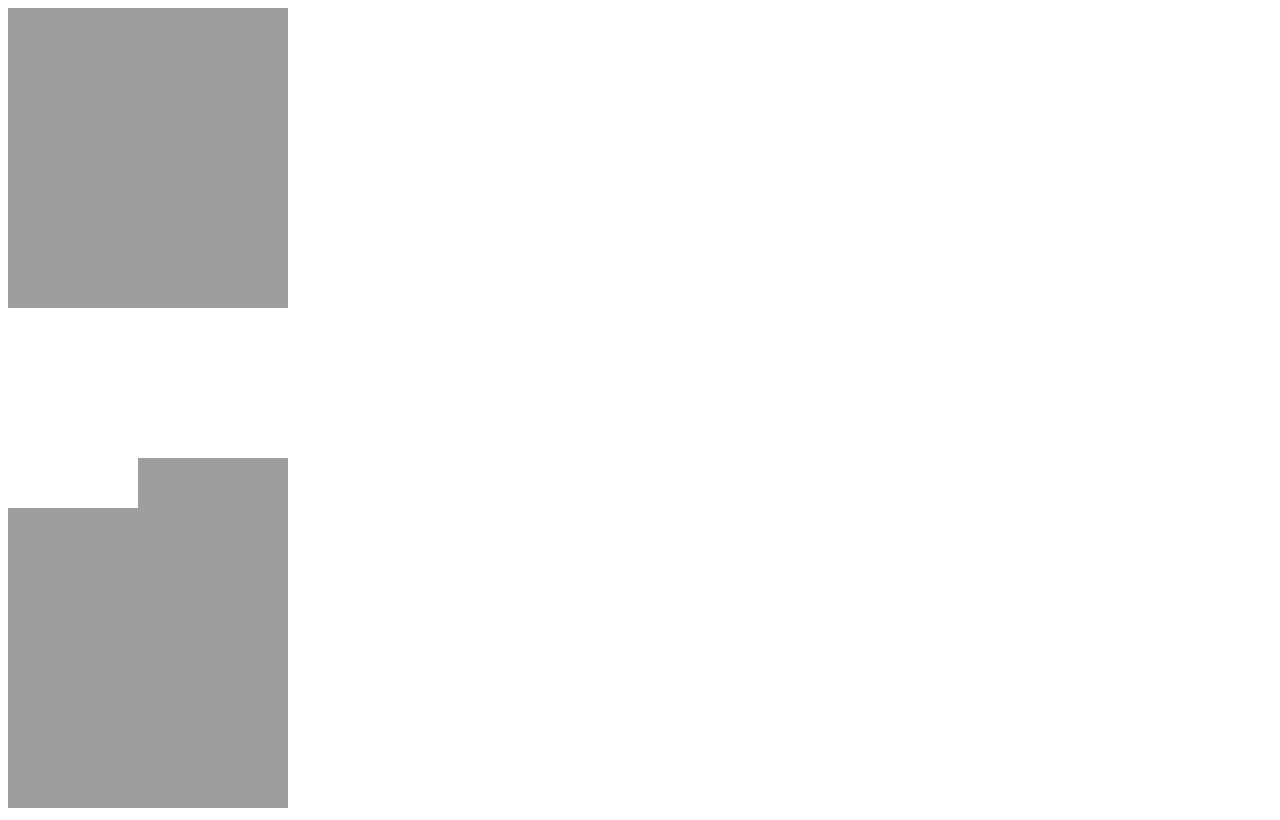
Repository: Tranduchieu2002/FlappyBird
Page: Flappy.html
These files come from the project's save history. The page is drawn as it stood at one moment and after the next save; the edit follows.
The browser window is 1280 px wide. The pictures show the whole page.

Above is the page before, as saved 2021-09-14 17:17:39.

After the next save:
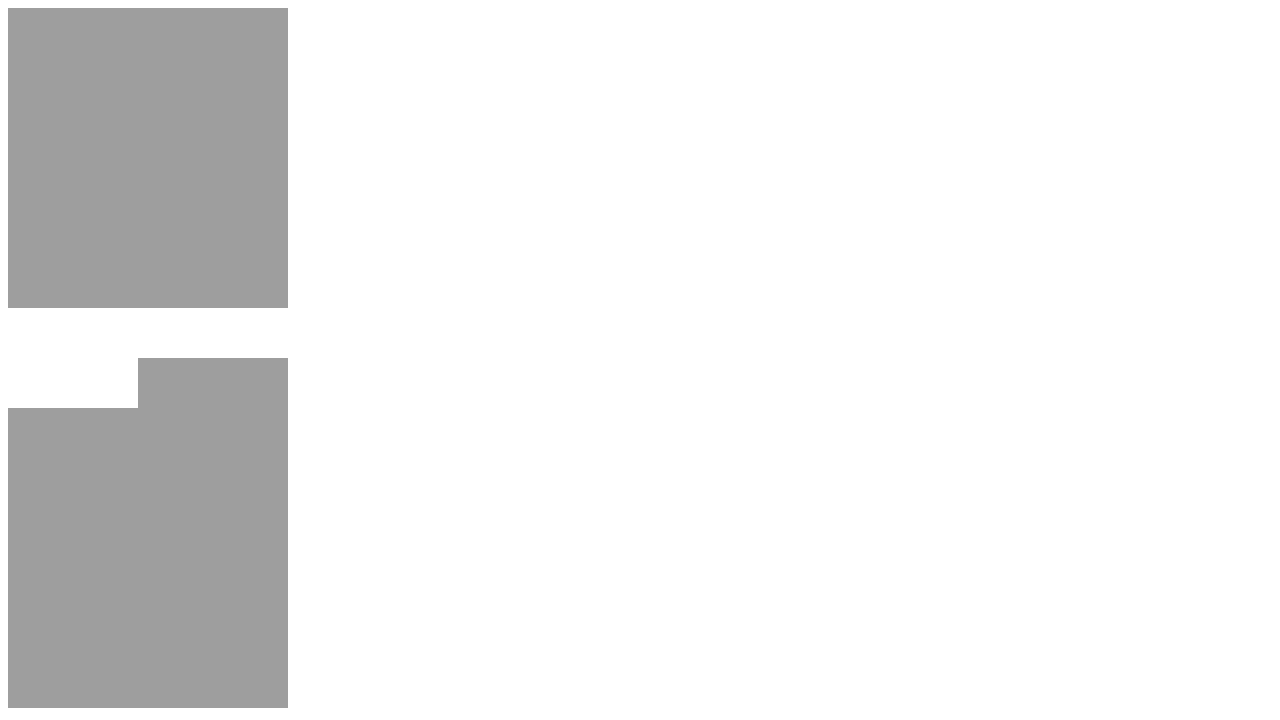
Saved 5 s later.
--- a/Flappy.html
+++ b/Flappy.html
@@ -17,7 +17,7 @@
    </style>
 </head>
 <body>
-   <canvas id="canvas" width="280px" height="800px">
+   <canvas id="canvas" width="280px" height="700px">
 
    </canvas>
    <script src="index.js"></script>
